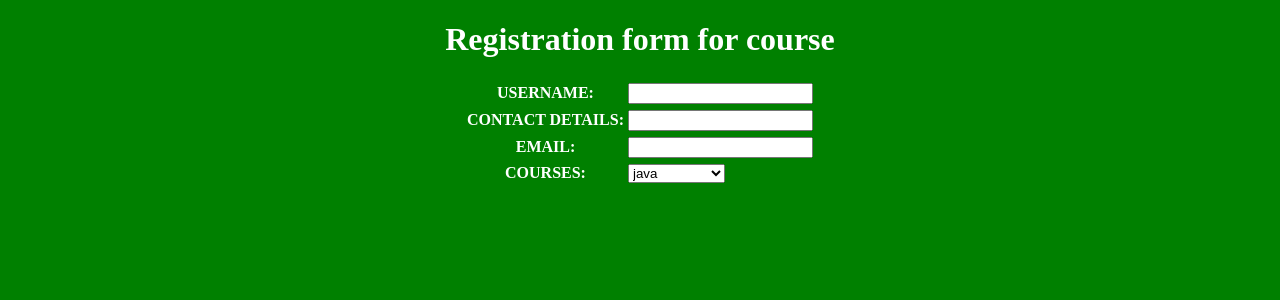
Repository: lalitkrchoudhary/Servlet-notes
Page: RequestServletApp/src/main/webapp/register.html
These files come from the project's save history. The page is drawn as it stood at one moment and after the next save; the edit follows.
The browser window is 1280 px wide. The pictures show the whole page.

Above is the page before, as saved 2024-04-28 22:56:23.

### RequestServletApp/src/main/webapp/register.html
<!DOCTYPE html>
<html>
<head>
<meta charset="UTF-8">
<title>Insert title here</title>
</head>
<body style="background-color:green; color:white;" >
<center>
<h1>Registration form for course </h1>
<form method="post">
<table>
<tr>
<th>USERNAME: </th>
<td><input type="text" name="username"   /></td>
<tr>

<tr>
<th>CONTACT DETAILS: </th>
<td><input type="number" name="number"   /></td>
<tr>

<tr>
<th>EMAIL: </th>
<td><input type="text" name="email"   /></td>
<tr>

<tr>
<th>COURSES: </th>
<td>
<select>
<option> java </option>
<option> hibernate </option>
<option> spring </option>
<option> microservice </option>
</select>

</td>
<tr>

</table>
</form>
</center>

</body>
</html>

After the next save:
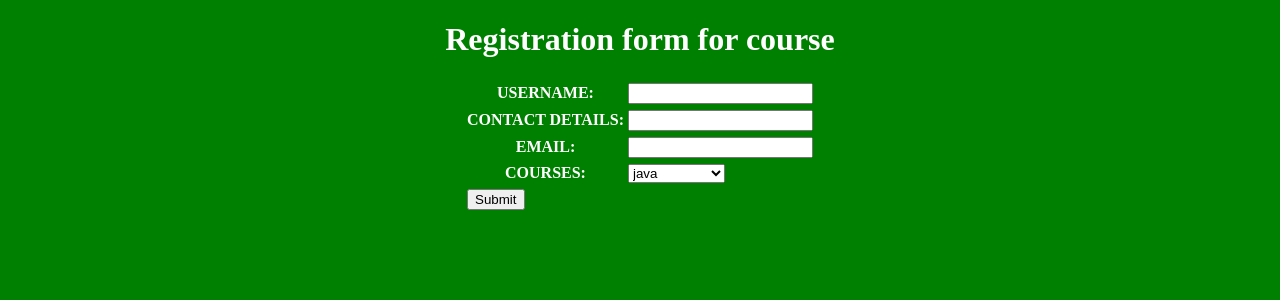
Saved 87 s later.
--- a/RequestServletApp/src/main/webapp/register.html
+++ b/RequestServletApp/src/main/webapp/register.html
@@ -37,6 +37,12 @@
 </td>
 <tr>
 
+<tr>
+
+<td><input type="submit" name="submit"   /></td>
+<tr>
+
+
 </table>
 </form>
 </center>
